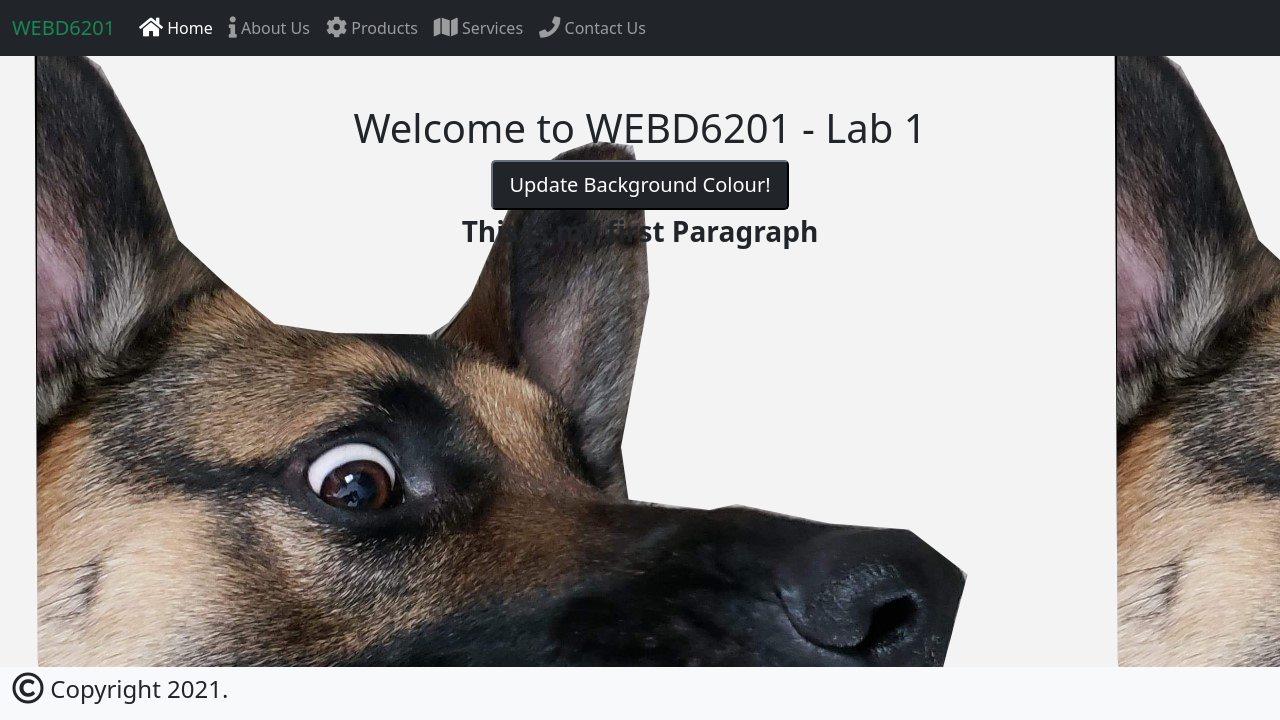
Repository: alto4/Lab-2-Nick-Scott-WEBD6201
Page: index.html
These files come from the project's save history. The page is drawn as it stood at one moment and after the next save; the edit follows.
The browser window is 1280 px wide. The pictures show the whole page.
After loading, the first visible `#updateBackground` was clicked once.

Above is the page before, as saved 2021-01-31 13:46:45.

After the next save:
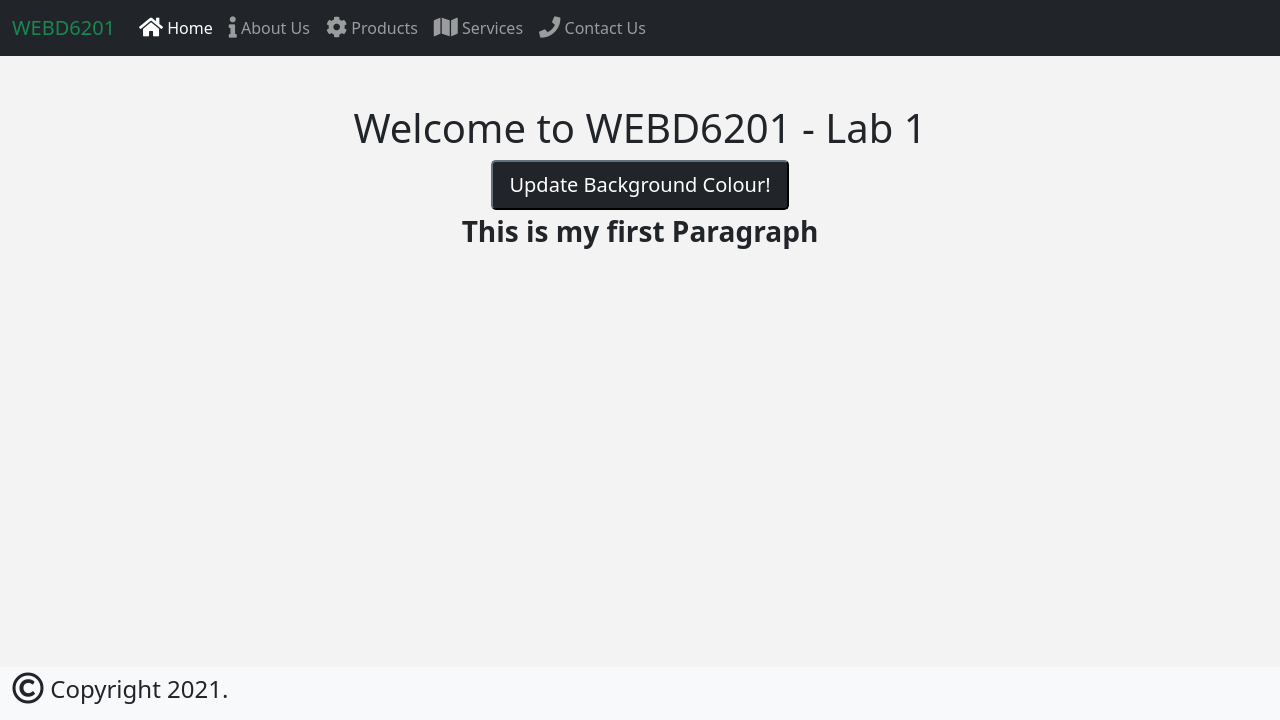
Not found: Assets/finnlogo.xcf
Saved 4 s later.
--- a/Scripts/app.js
+++ b/Scripts/app.js
@@ -25,7 +25,7 @@
       function bgFunction()
       {
       //  mainContent.insertAdjacentHTML(mainContent, "<p>This was added by a butto</p>")
-        document.body.style.backgroundImage = "url('Assets/finnlogo.png')";
+        document.body.style.backgroundImage = "url('Assets/finnlogo.xcf')";
 
       }
       document.body.style.backgroundColor = "#F3F3F3";

After the save that followed:
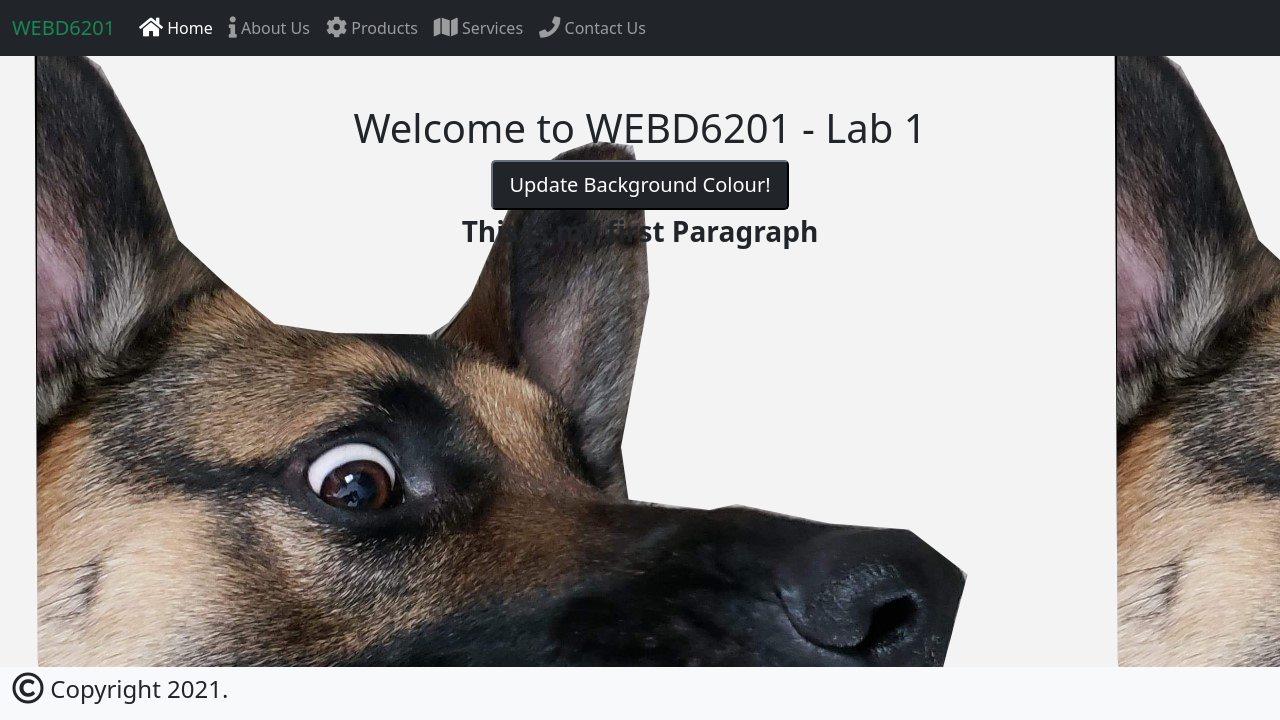
Saved 99 s later.
--- a/Scripts/app.js
+++ b/Scripts/app.js
@@ -25,7 +25,7 @@
       function bgFunction()
       {
       //  mainContent.insertAdjacentHTML(mainContent, "<p>This was added by a butto</p>")
-        document.body.style.backgroundImage = "url('Assets/finnlogo.xcf')";
+        document.body.style.backgroundImage = "url('Assets/finnlogo.png')";
 
       }
       document.body.style.backgroundColor = "#F3F3F3";
